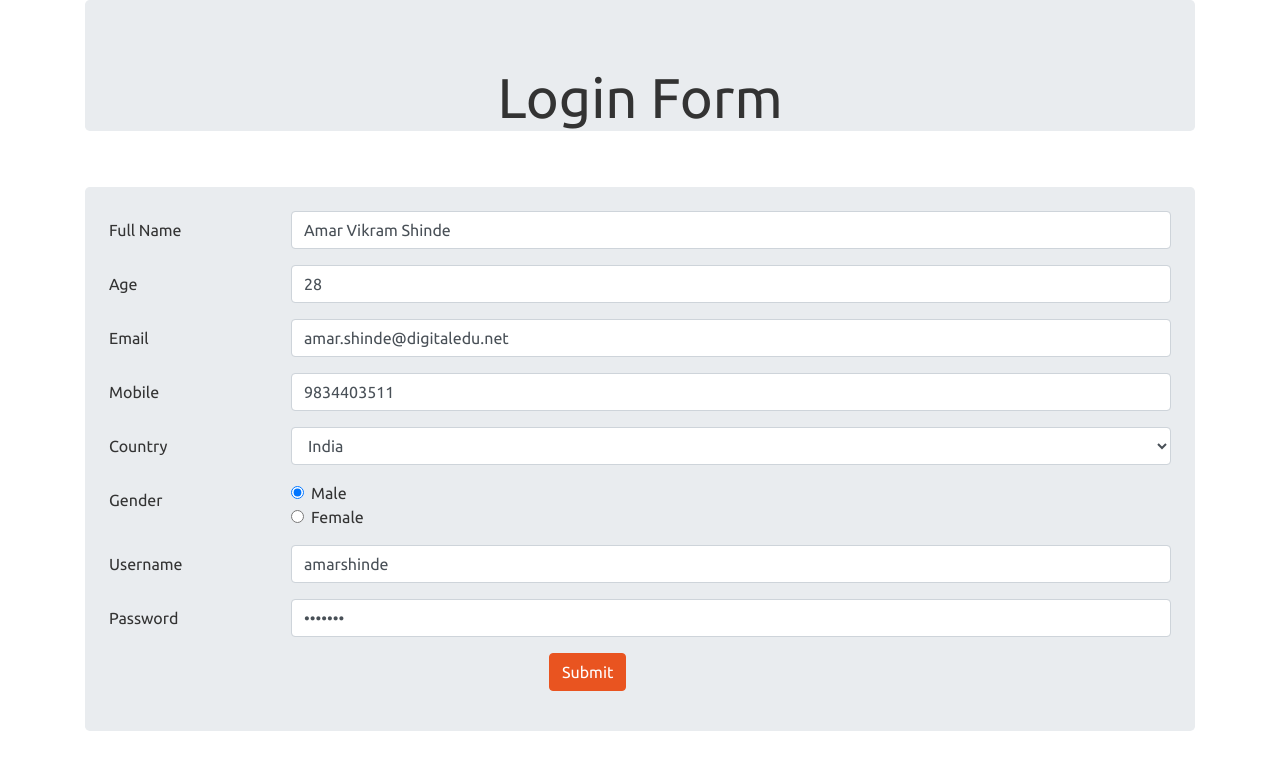
Repository: amar468S/Ng-templateDrivenForm
Page: /
These files come from the project's save history. The page is drawn as it stood at one moment and after the next save; the edit follows.
The browser window is 1280 px wide. The pictures show the whole page.
Some web libraries are served in a nearby version. The project was rebuilt for these pictures with package versions that can differ from the ones it lists, and the page was loaded fresh each time. Also part of the build but not shown: angular.json.

Above is the page before, as saved 2019-02-03 22:07:50.

### src/index.html
<!doctype html>
<html lang="en">
<head>
  <meta charset="utf-8">
  <title>NgTemplateForms</title>
  <base href="/">

  <meta name="viewport" content="width=device-width, initial-scale=1">
  <link rel="icon" type="image/x-icon" href="favicon.ico">
  <!-- CSS -->
  <link rel="stylesheet" href="https://stackpath.bootstrapcdn.com/bootstrap/4.2.1/css/bootstrap.min.css" integrity="sha384-GJzZqFGwb1QTTN6wy59ffF1BuGJpLSa9DkKMp0DgiMDm4iYMj70gZWKYbI706tWS" crossorigin="anonymous">
  <link rel="stylesheet" href="https://bootswatch.com/4/united/bootstrap.min.css">
  <!-- JS -->
  <script src="https://code.jquery.com/jquery-3.3.1.slim.min.js" integrity="sha384-q8i/X+965DzO0rT7abK41JStQIAqVgRVzpbzo5smXKp4YfRvH+8abtTE1Pi6jizo" crossorigin="anonymous"></script>
  <script src="https://cdnjs.cloudflare.com/ajax/libs/popper.js/1.14.6/umd/popper.min.js" integrity="sha384-wHAiFfRlMFy6i5SRaxvfOCifBUQy1xHdJ/yoi7FRNXMRBu5WHdZYu1hA6ZOblgut" crossorigin="anonymous"></script>
  <script src="https://stackpath.bootstrapcdn.com/bootstrap/4.2.1/js/bootstrap.min.js" integrity="sha384-B0UglyR+jN6CkvvICOB2joaf5I4l3gm9GU6Hc1og6Ls7i6U/mkkaduKaBhlAXv9k" crossorigin="anonymous"></script>

</head>
<body>
  <app-root></app-root>
</body>
</html>

### src/app/app.component.ts
import { Component } from '@angular/core';
import { UserForm } from './UserForm';

@Component({
  selector: 'app-root',
  templateUrl: './app.component.html',
  styleUrls: ['./app.component.css']
})
export class AppComponent {

    userForm:UserForm

    constructor(){
      this.userForm = new UserForm();
    }

    login(userForm) {
      console.log(userForm.form.value);
      this.userForm = new UserForm();
    }
}

### src/app/app.component.html
<div class="container">
    <div class="jumbotron pb-0">
      <p class="display-4 text-center mb-0">Login Form</p>
    </div>
    <br>
  <div class="jumbotron p-4">
  <form #usrForm="ngForm" (ngSubmit)="login(usrForm)">
      <div class="form-group row">
          <label class="col-sm-2 col-form-label">Full Name</label>
          <div class="col-sm-10">
            <input type="text" class="form-control" [ngClass]="fullName.dirty && fullName.invalid ? is-invalid: ''" placeholder="Enter Full Name"
            name="fullname" [(ngModel)]="userForm.fullName" #fullName="ngModel" required>
            <small class="invalid-feedback">This field can't be empty</small>
          </div>
      </div>
      <div class="form-group row">
          <label class="col-sm-2 col-form-label">Age</label>
          <div class="col-sm-10">
            <input type="number" class="form-control" placeholder="Enter Age"
            name="age" [(ngModel)]="userForm.age" #age="ngModel" required>
            <small class="form-text text-danger" *ngIf="age.dirty && age.invalid">This field can't be empty</small>
          </div>
      </div>
       <div class="form-group row">
          <label class="col-sm-2 col-form-label">Email</label>
          <div class="col-sm-10">
            <input type="email" class="form-control" placeholder="Enter Email"
            name="email" [(ngModel)]="userForm.email" #email="ngModel" required>
            <small class="form-text text-danger" *ngIf="email.dirty && email.invalid">This field can't be empty</small>
          </div>
      </div>
      <div class="form-group row">
          <label class="col-sm-2 col-form-label">Mobile</label>
          <div class="col-sm-10">
            <input type="text" class="form-control" placeholder="Enter Mobile"
            name="mobile" [(ngModel)]="userForm.mobile" #mobile="ngModel" required minlength="10">
            <div *ngIf="mobile.dirty && mobile.invalid">
              <small class="form-text text-danger" *ngIf="mobile.errors.required">This field can't be empty</small>
              <small class="form-text text-danger" *ngIf="mobile.errors.minlength">This field must contain minimum 10 characters</small>
            </div>
          </div>
      </div>
      <div class="form-group row">
          <label class="col-sm-2 col-form-label">Country</label>
          <div class="col-sm-10">
            <select class="form-control" name="country" [(ngModel)]="userForm.country" #country="ngModel" required>
              <option value="">Select Country</option>
              <option value="India">India</option>
              <option value="Sri Lanka">Sri Lanka</option>
              <option value="Bangladesh">Bangladesh</option>
              <option value="Nepal">Nepal</option>
            </select>
            <small class="form-text text-danger" *ngIf="country.dirty && country.invalid">This field can't be empty</small>
          </div>
      </div>
      <div class="form-group row">
          <label class="col-sm-2 col-form-label">Gender</label>
          <div class="col-sm-10">
            <div class="form-check">
              <input class="form-check-input" type="radio" name="gender" value="Male" [checked]="(userForm.gender=='Male')?'checked':''">
              <label class="form-check-label">Male</label>
            </div>
            <div class="form-check">
                <input class="form-check-input" type="radio" name="gender" value="Female" [checked]="(userForm.gender=='Female')?'checked':''">
                <label class="form-check-label">Female</label>
            </div>
          </div>
      </div>
      <div class="form-group row">
          <label class="col-sm-2 col-form-label">Username</label>
          <div class="col-sm-10">
            <input type="text" class="form-control" placeholder="Enter Username"
            name="username" [(ngModel)]="userForm.username" #username="ngModel" required>
            <small class="form-text text-danger" *ngIf="username.dirty && username.invalid">This field can't be empty</small>
          </div>
      </div>
      <div class="form-group row">
          <label class="col-sm-2 col-form-label">Password</label>
          <div class="col-sm-10">
            <input type="password" class="form-control" placeholder="Enter Password"
            name="password" [(ngModel)]="userForm.password" #password="ngModel">
            <small class="form-text text-danger" *ngIf="password.dirty && password.invalid">This field can't be empty</small>
          </div>
      </div>
      <div class="form-group row">
          <label class="col-sm-5 col-form-label"></label>
          <div>
            <input type="submit" class="btn btn-primary" [disabled]="usrForm.form.invalid">
          </div>
      </div>
  </form>
  </div>

</div>

### src/app/UserForm.ts
export class UserForm {
    fullName:string;
    age:string;
    email:string;
    mobile:string;
    country:string;
    gender:string;
    username:string;
    password:string;


    constructor(){
        this.fullName = 'Amar Vikram Shinde';
        this.age = '28';
        this.country = 'India';
        this.email = 'amar.shinde@digitaledu.net';
        this.mobile = '9834403511';
        this.username = 'amarshinde';
        this.password = 'amar123';
        this.gender = 'Male';
    }
}

Loaded but not shown: src/styles.css (common file); src/main.ts (common file); src/app/app.module.ts (common file); src/environments/environment.ts (common file); src/app/app.component.css (no stored copy; drawn as an empty file)

After the next save:
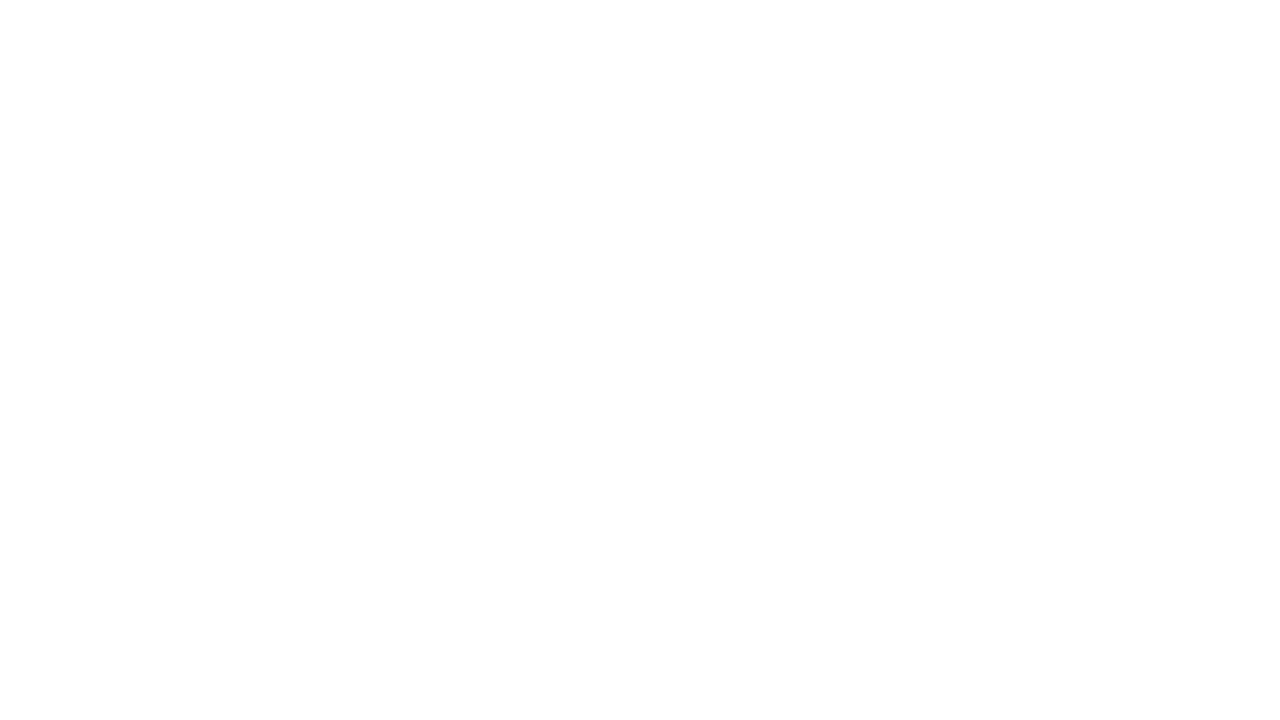
Saved 11 s later.
--- a/src/app/app.component.html
+++ b/src/app/app.component.html
@@ -8,7 +8,7 @@
       <div class="form-group row">
           <label class="col-sm-2 col-form-label">Full Name</label>
           <div class="col-sm-10">
-            <input type="text" class="form-control" [ngClass]="fullName.dirty && fullName.invalid ? is-invalid: ''" placeholder="Enter Full Name"
+            <input type="text" class="form-control" [ngClass]="fullName.dirty && fullName.invalid ? is-invalid:" placeholder="Enter Full Name"
             name="fullname" [(ngModel)]="userForm.fullName" #fullName="ngModel" required>
             <small class="invalid-feedback">This field can't be empty</small>
           </div>

After the save that followed:
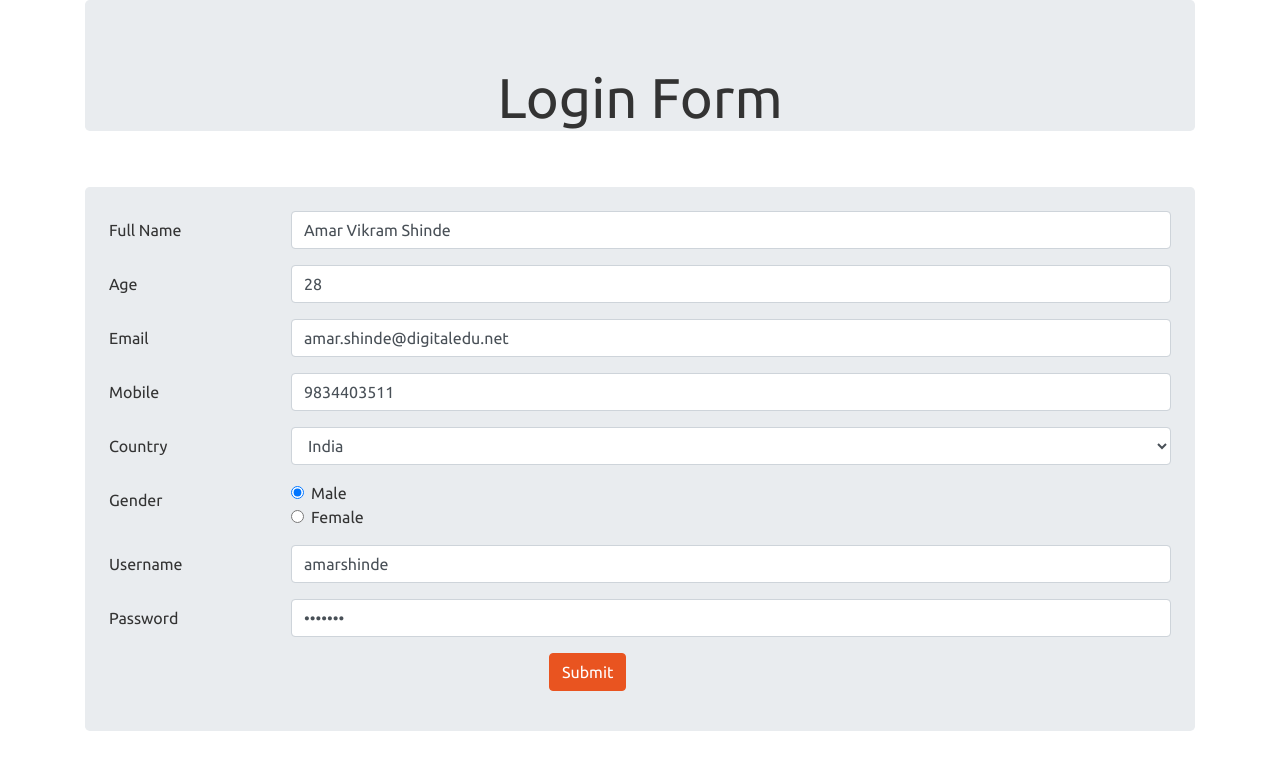
Saved 12 s later.
--- a/src/app/app.component.html
+++ b/src/app/app.component.html
@@ -8,7 +8,7 @@
       <div class="form-group row">
           <label class="col-sm-2 col-form-label">Full Name</label>
           <div class="col-sm-10">
-            <input type="text" class="form-control" [ngClass]="fullName.dirty && fullName.invalid ? is-invalid:" placeholder="Enter Full Name"
+            <input type="text" class="form-control" [ngClass]="fullName.dirty && fullName.invalid ? is-invalid:''" placeholder="Enter Full Name"
             name="fullname" [(ngModel)]="userForm.fullName" #fullName="ngModel" required>
             <small class="invalid-feedback">This field can't be empty</small>
           </div>
